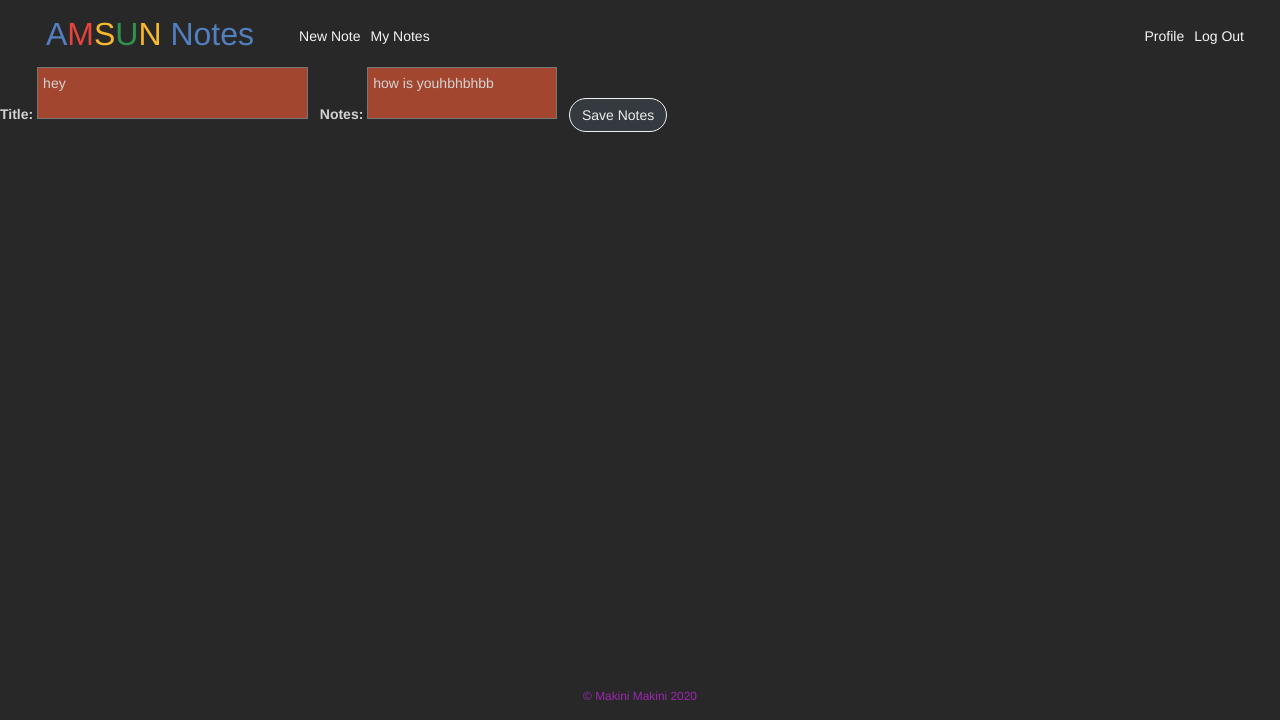
Repository: MakiniMakini/AMSUN-NOTES
Page: http://localhost/22/edit
An editor plug-in stored every save of this project. The page is shown before and after the next save, followed by the edit.
The browser window is 1280 px wide. The pictures show the whole page.
Some web fonts or font styles are not loaded; a fallback is used. The page is served by the project's application, run on Flask 3 (application.py). The session is filled in as if someone had signed in: {"user_id": 1}. The page reads the database file committed with the project.

Above is the page before, as saved 2020-12-25 13:19:37.

### templates/edit.html
{% extends "layout.html" %}

{% block title %}
    Edit
{% endblock %}

{% block main %}


      <div class="notes_form">
            {% for item in notes %}

            <form action="/{{item[0]}}/edit" method="POST" class="notes_form">
             <label for="title">Title:</label>
             <textarea name="title" id="" cols="30" rows="2" placeholder="title" type="text" >{{item[1]}}</textarea> &nbsp;
             <label for="notes">Notes:</label>
             <textarea name="notes" placeholder="notes" type="text">{{item[2]}}</textarea> &nbsp;
              <button class="btn btn-primary bg-dark" type="submit">Save Notes</button>
            </form>

            {% endfor %}

  </div>




{% endblock %}

### templates/layout.html
<!DOCTYPE html>
<html lang="en">
    <head>
        <!-- Required meta tags -->
        <meta charset="utf-8">
        <meta name="viewport" content="width=device-width, initial-scale=1, shrink-to-fit=no">

        <!-- documentation at http://getbootstrap.com/docs/4.1/, alternative themes at https://bootswatch.com/ -->
        <link href="https://maxcdn.bootstrapcdn.com/bootstrap/4.1.3/css/bootstrap.min.css" rel="stylesheet">

        <!-- https://favicon.io/emoji-favicons/money-mouth-face/ -->
        <link href="/static/favicon.ico" rel="icon">

        <link href="/static/styles.css" rel="stylesheet">
        <link rel="stylesheet" href="/static/bootstrap.min.css" />
        <link rel="stylesheet" href="/static/animate.min.css" />
        <link rel="stylesheet" href="/static/ionicons.min.css" />
        <link rel="stylesheet" href="/static/styles2.css" />
        <link rel="stylesheet" href="/static/profile.css" />

        <script src="https://code.jquery.com/jquery-3.3.1.min.js"></script>
        <script src="https://cdnjs.cloudflare.com/ajax/libs/popper.js/1.14.3/umd/popper.min.js"></script>
        <script src="https://maxcdn.bootstrapcdn.com/bootstrap/4.1.3/js/bootstrap.min.js"></script>

        <title>AMSUN Notes: {% block title %}{% endblock %}</title>
    </head>

    <body>

        <nav class="navbar navbar-expand-md navbar-light bg-none pl-5 pr-5 m-0 fixed-top">
            <a class="navbar-brand" href="/"><span class="blue">A</span><span class="red">M</span><span class="yellow">S</span><span class="green">U</span><span class="yellow">N</span> <span class="blue">Notes</span></a>
            <button aria-controls="navbar" aria-expanded="false" aria-label="Toggle navigation" class="navbar-toggler bg-light" data-target="#navbar" data-toggle="collapse" type="button">
                <span class="navbar-toggler-icon"></span>
            </button>
            <div class="collapse navbar-collapse" id="navbar" >
                {% if session.user_id %}
                    <ul class="navbar-nav mr-auto mt-2">
                        <li class="nav-item"><a class="nav-link" href="/home">New Note</a></li>
                        <li class="nav-item"><a class="nav-link" href="/my_notes">My Notes</a></li>
                    </ul>
                    <ul class="navbar-nav ml-auto mt-2 navbar-right">
                        <li class="nav-item"><a class="nav-link" href="/profile">Profile</a></li>
                        <li class="nav-item"><a class="nav-link" href="/logout">Log Out</a></li>
                    </ul>
                {% else %}
                    <ul class="navbar-nav ml-auto mt-2 navbar-right">
                        <li class="nav-item"><a class="nav-link" href="/register">Register</a></li>
                        <li class="nav-item"><a class="nav-link" href="/login">Log In</a></li>
                    </ul>
                {% endif %}
            </div>
        </nav>

        {% if get_flashed_messages() %}
            <header>
                <div class="alert alert-primary border text-center" role="alert">
                    {{ get_flashed_messages() | join(" ") }}
                </div>
            </header>
        {% endif %}

        <main class="container p-0">

        </main>
        {% block main %}{% endblock %}

        <footer class="small text-center text-muted fixed-bottom bg-none">
             <a href="https://makini-makini.herokuapp.com">© Makini Makini 2020</a>
        </footer>

    </body>
</html>

### application.py
import os

import sqlite3
from flask import Flask, flash, jsonify, redirect, render_template, request, session
from flask_session import Session
from tempfile import mkdtemp
from werkzeug.exceptions import default_exceptions, HTTPException, InternalServerError
from werkzeug.security import check_password_hash, generate_password_hash

from helpers import apology, login_required


# Configure application
app = Flask(__name__)

# Ensure templates are auto-reloaded
app.config["TEMPLATES_AUTO_RELOAD"] = True

# Ensure responses aren't cached
@app.after_request
def after_request(response):
    response.headers["Cache-Control"] = "no-cache, no-store, must-revalidate"
    response.headers["Expires"] = 0
    response.headers["Pragma"] = "no-cache"
    return response


# Configure session to use filesystem (instead of signed cookies)
app.config["SESSION_FILE_DIR"] = mkdtemp()
app.config["SESSION_PERMANENT"] = False
app.config["SESSION_TYPE"] = "filesystem"
Session(app)

# connecting to the database
connection = sqlite3.connect("amsun_notes.db", check_same_thread=False)

# cursor
db = connection.cursor()

# >>>>>>>>>>>>>>>>>>>>>>>>>>>>>>>ROUTES<<<<<<<<<<<<<<<<<<

# ///////////////INDEX\\\\\\\\\\\\\\\\\\
@app.route("/")
def home_page():
    return render_template("home.html")

# ////////////////WRITE NOTES\\\\\\\\\\\\\
@app.route("/home")
@login_required
def index():
    return render_template("index.html")

# //////PROFILE\\\\\\\\
@app.route("/profile")
@login_required
def profile():
    return render_template("profile.html")

# /////////////MY NOTES\\\\\\\\\\
@app.route("/my_notes")
@login_required
def my_notes():

    # logged user
    user_id = session['user_id']

    db.execute("SELECT note_id, title, notes FROM notes WHERE user_id=:user_id", {'user_id':user_id})
    notes = db.fetchall()

    # Ensure user has notes
    if not notes:
        return render_template("index.html", message = "You Do Not Have Any Stock")

    return render_template("my_notes.html", notes=notes)

# ///////////////ALLOW USER TO EDIT THEIR NOTES\\\\\\\\\\\\\\\\\\\
@app.route("/<note_id>/edit", methods=["GET", "POST"])
@login_required
def edit(note_id):

     # logged user
    user_id = session['user_id']

    if request.method == "GET":
        # query database for notes
        db.execute("SELECT note_id, title, notes FROM notes WHERE user_id=:user_id AND note_id=:note_id", {'user_id':user_id, 'note_id':note_id})
        notes = db.fetchall()
        # populate text-area with existing notes
        return render_template("edit.html", notes=notes)

    if request.method == "POST":
        # get title
        title = request.form.get("title")
        #get notes
        notes = request.form.get("notes")

        # ensure the fields are not blank
        if not request.form.get("notes"):
            return apology('must write something', 403)
        else:
            # update notes
            db.execute("UPDATE notes SET title =:title, notes =:notes WHERE note_id=:note_id", {'user_id':user_id, 'note_id':note_id, 'title':title, 'notes':notes})
            # save to data base
            connection.commit()
            # redirect user to their notes
            return redirect("/my_notes")


@app.route("/<note_id>/delete")
@login_required
def delete(note_id):

    print(note_id)

    db.execute("DELETE FROM notes WHERE note_id=:note_id", {'note_id':note_id})
    connection.commit()

    return redirect("/my_notes")

# >>>>>>>>>>>>>REGISTER USER<<<<<<<<<<<<<<<<<<<<<<<<<<<<<<<<<<<
@app.route("/register", methods=["GET", "POST"])
def register():
    """Register user"""

    # if 'GET' render Reg. form
    if request.method == "GET":
        return render_template("register.html")

    if request.method == "POST":

        username = request.form.get("username")
        # Ensure username is submitted
        if not request.form.get("username"):
             return apology("must provide username", 403)

        # Ensure password was submitted
        elif not request.form.get("password") and not request.form.get("confirmation"):
            return apology("must provide password and confirmation", 403)
        else:
            # query db
            db.execute("SELECT * FROM users WHERE username = :username",
                            {'username' : username})
            rows = db.fetchall()

            # check if user exists
            if len(rows) == 1:
                return apology("username already exists", 403)
            else:
                username = request.form.get("username")

            # password
            if request.form.get("password") == request.form.get("confirmation"):
                # hash password
                pwhash = generate_password_hash(request.form.get("password"), method='plain')
            else:
                return apology("passwords do not match", 403)

            # update db
            db.execute("INSERT INTO users (username, hash) VALUES (:username, :pwhash)", {'username':username, 'pwhash':pwhash})

            # To save the changes in the files. Never skip this.
            # If we skip this, nothing will be saved in the database.
            connection.commit()

            # # close the connection
            # connection.close()
            return redirect("/")


# >>>>>>>>>>>>>>>>>>>>>>LOGIN<<<<<<<<<<<<<<<<<<<<<<


@app.route("/login", methods=["GET", "POST"])
def login():
    """Log user in"""

    # Forget any user_id
    session.clear()

    # User reached route via POST (as by submitting a form via POST)
    if request.method == "POST":

        # Ensure username was submitted
        if not request.form.get("username"):
            return apology("must provide username", 403)

        # Ensure password was submitted
        elif not request.form.get("password"):
            return apology("must provide password", 403)

        # Query database for username
        db.execute("SELECT * FROM users WHERE username = :username",
                          {'username':request.form.get("username")})

        rows = db.fetchall()

        print(rows)
        # Ensure username exists and password is correct
        if len(rows) != 1 or not check_password_hash(rows[0][2], request.form.get("password")):
            return apology("invalid username and/or password", 403)

    # Remember which user has logged in
        session["user_id"] = rows[0][0]

        # Redirect user to home page
        return redirect("/")

    # User reached route via GET (as by clicking a link or via redirect)
    else:
        return render_template("login.html")

#>>>>>>>>>>>>>>>>>>>>>>>>>>>LOGOUT<<<<<<<<<<<<<<<<<<<<<<<<

@app.route("/logout")
def logout():
    """Log user out"""

    # Forget any user_id
    session.clear()

    # Redirect user to login form
    return redirect("/")


# >>>>>>>>>>>>>>>>>>>SAVE NOTES <<<<<<<<<<<<<<<<<<<<<<<<<
@app.route("/notes", methods=["GET", "POST"])
@login_required
def save():
    #save notes to database

    # logged user
    user_id = session['user_id']

    if request.method == "POST":

        # get the title
        title = request.form.get("title")

        #get notes
        notes = request.form.get("notes")

        # ensure the fields are not blank
        if not request.form.get("notes"):
            return apology('must write something', 403)
        else:
            db.execute("INSERT INTO notes (user_id, title, notes) VALUES (:user_id, :title, :notes)", {'user_id':user_id, 'title':title, 'notes':notes})

            # save to data base
            connection.commit()
            return render_template("index.html")

### helpers.py
import os
import requests
import urllib.parse

from flask import redirect, render_template, request, session
from functools import wraps

def apology(message, code=400):
    """Render message as an apology to user."""
    def escape(s):
        """
        Escape special characters.

        https://github.com/jacebrowning/memegen#special-characters
        """
        for old, new in [("-", "--"), (" ", "-"), ("_", "__"), ("?", "~q"),
                         ("%", "~p"), ("#", "~h"), ("/", "~s"), ("\"", "''")]:
            s = s.replace(old, new)
        return s
    return render_template("apology.html", top=code, bottom=escape(message)), code


def login_required(f):
    """
    Decorate routes to require login.

    http://flask.pocoo.org/docs/1.0/patterns/viewdecorators/
    """
    @wraps(f)
    def decorated_function(*args, **kwargs):
        if session.get("user_id") is None:
            return redirect("/login")
        return f(*args, **kwargs)
    return decorated_function

### static/styles.css
nav .navbar-brand {
	/* size for brand */
	font-size: xx-large;
}

/* colors for brand */
nav .navbar-brand .blue {
	color: #537fbe;
}
nav .navbar-brand .red {
	color: #ea433b;
}
nav .navbar-brand .yellow {
	color: #f5b82e;
}
nav .navbar-brand .green {
	color: #2e944b;
}

.navbar .nav-link {
	color: whitesmoke !important;
}

main .form-control {
	/* center form controls */
	display: inline-block;

	/* override Bootstrap's 100% width for form controls */
	width: auto;
}

main {
	/* scroll horizontally as needed */
	overflow-x: auto;

	/* center contents */
	text-align: center;
}

main img {
	/* constrain images on small screens */
	max-width: 100%;
}

/* Style the image inside the centered container, if needed */
.centered img {
	width: 150px;
	border-radius: 50%;
}

textarea {
	font-family: monospace;
}

.section_name {
	text-align: center;
	padding: 0;
}

.form-form {
	text-align: center;
	padding-top: 10vh;
}
.btn:focus {
	outline: none !important;
}

.form-control-email {
	text-align: left;
	display: block;
	width: 50%;
	height: 35px;
	padding: 6px 12px;
	font-size: 14px;
	line-height: 1.5;
	color: #eee;
	background-color: #36333d;
	background-image: none;
	border: 1px solid #36333d;
	border-radius: 4px;
	box-shadow: inset 0 1px 1px rgba(0, 0, 0, 0.075);
	transition: border-color ease-in-out .15s, box-shadow ease-in-out .15s;
}
.form-control-email:focus {
	outline: none;
}

.iframe-container {
	position: relative;
	overflow: hidden;
	width: 100%;
	padding-top: 56.25%; /* 16:9 Aspect Ratio (divide 9 by 16 = 0.5625) */
}

.responsive-iframe {
	position: absolute;
	top: 0;
	left: 0;
	bottom: 0;
	right: 0;
	width: 100%;
	height: 100%;
}

.my_notes {
	margin: auto;
	align-content: center;
	padding-top: 5vh;
}

.my_notes .card {
	align-content: center;
	margin: auto;
}

textarea {
	background-color: #a3462f;
	padding: 5px;
	columns: red;
}

textarea:focus {
	background-color: #2f2d33;
}

.notes_form {
	margin: auto;
	align-items: center;
}

### static/profile.css
/* Profile container */
.profile {
	margin: 20px 0;
}

/* Profile sidebar */
.profile-sidebar {
	padding: 20px 0 10px 0;
	background: #fff;
}

.profile-userpic img {
	float: none;
	margin: 0 auto;
	width: 50%;
	height: 50%;
	-webkit-border-radius: 50% !important;
	-moz-border-radius: 50% !important;
	border-radius: 50% !important;
}

.profile-usertitle {
	text-align: center;
	margin-top: 20px;
}

.profile-usertitle-name {
	color: #5a7391;
	font-size: 16px;
	font-weight: 600;
	margin-bottom: 7px;
}

.profile-usertitle-job {
	text-transform: uppercase;
	color: #5b9bd1;
	font-size: 12px;
	font-weight: 600;
	margin-bottom: 15px;
}

.profile-userbuttons {
	text-align: center;
	margin-top: 10px;
}

.profile-userbuttons .btn {
	text-transform: uppercase;
	font-size: 11px;
	font-weight: 600;
	padding: 6px 15px;
	margin-right: 5px;
}

.profile-userbuttons .btn:last-child {
	margin-right: 0px;
}

.profile-usermenu {
	margin-top: 30px;
}

.profile-usermenu ul li {
	border-bottom: 1px solid #f0f4f7;
}

.profile-usermenu ul li:last-child {
	border-bottom: none;
}

.profile-usermenu ul li a {
	color: #93a3b5;
	font-size: 14px;
	font-weight: 400;
}

.profile-usermenu ul li a i {
	margin-right: 8px;
	font-size: 14px;
}

.profile-usermenu ul li a:hover {
	background-color: #fafcfd;
	color: #5b9bd1;
}

.profile-usermenu ul li.active {
	border-bottom: none;
}

.profile-usermenu ul li.active a {
	color: #5b9bd1;
	background-color: #f6f9fb;
	border-left: 2px solid #5b9bd1;
	margin-left: -2px;
}

/* Profile Content */
.profile-content {
	padding: 20px;
	background: #fff;
	min-height: 460px;
}

### amsun_notes.db (the tables this page reads, as SQL)
CREATE TABLE 'notes' (
    'note_id' INTEGER PRIMARY KEY AUTOINCREMENT NOT NULL,
    'user_id' INTEGER NOT NULL, 
    'title' TEXT NOT NULL, 
    'notes' TEXT NOT NULL,
    FOREIGN KEY(user_id) REFERENCES users(id)
    );
INSERT INTO "notes" VALUES
(11, 2, 'sasa', 'sdsdsdsd'),
(18, 3, 'I am here', 'I am here to see here'),
(19, 3, 'Bike Kali', 'Reading about people'),
(21, 4, 'trip to msa', 'niliona mzungu yaaaayyyy'),
(22, 1, 'hey', 'how is youhbhbhbb'),
(26, 1, 'NOTE WITH STEPH', 'Steph is an amazing soul whom I love! ');

Loaded but not shown: static/bootstrap.min.css (library); static/animate.min.css (library); static/ionicons.min.css (library); static/styles2.css (530 lines, source omitted)

After the next save:
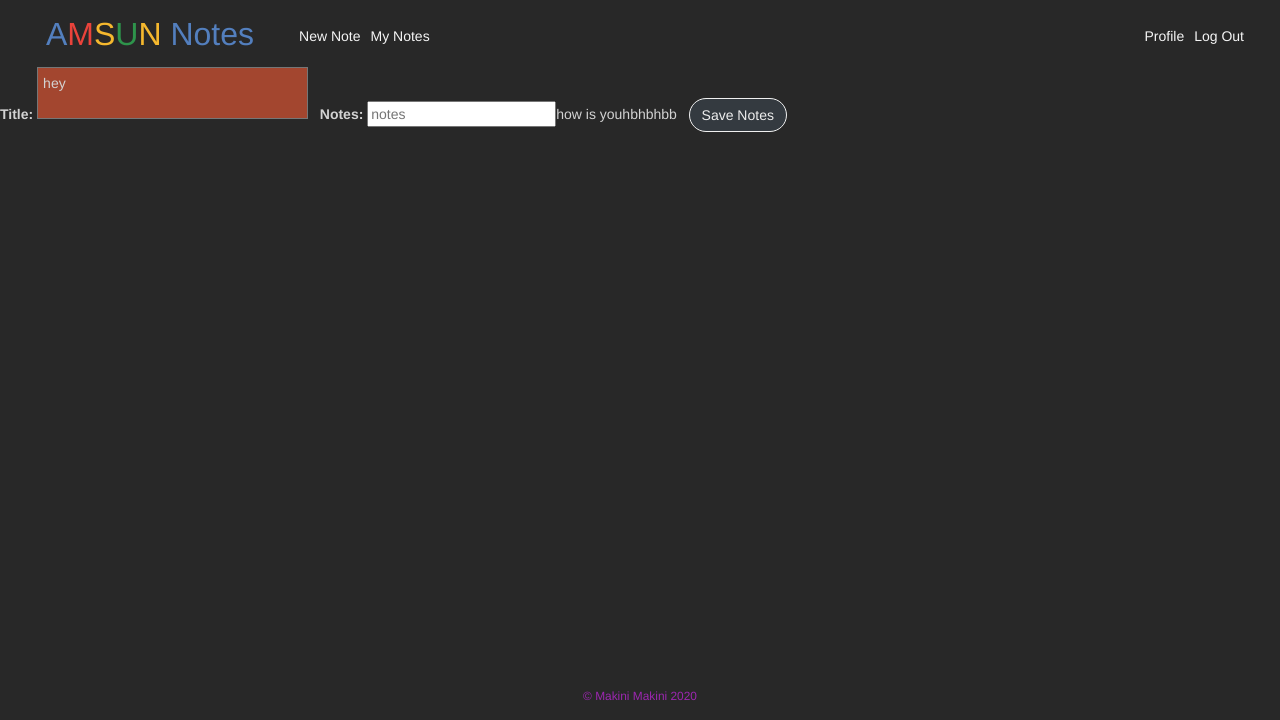
Saved 12 s later.
--- a/templates/edit.html
+++ b/templates/edit.html
@@ -14,7 +14,7 @@
              <label for="title">Title:</label>
              <textarea name="title" id="" cols="30" rows="2" placeholder="title" type="text" >{{item[1]}}</textarea> &nbsp;
              <label for="notes">Notes:</label>
-             <textarea name="notes" placeholder="notes" type="text">{{item[2]}}</textarea> &nbsp;
+             <input name="notes" placeholder="notes" type="text">{{item[2]}}</input> &nbsp;
               <button class="btn btn-primary bg-dark" type="submit">Save Notes</button>
             </form>
 
